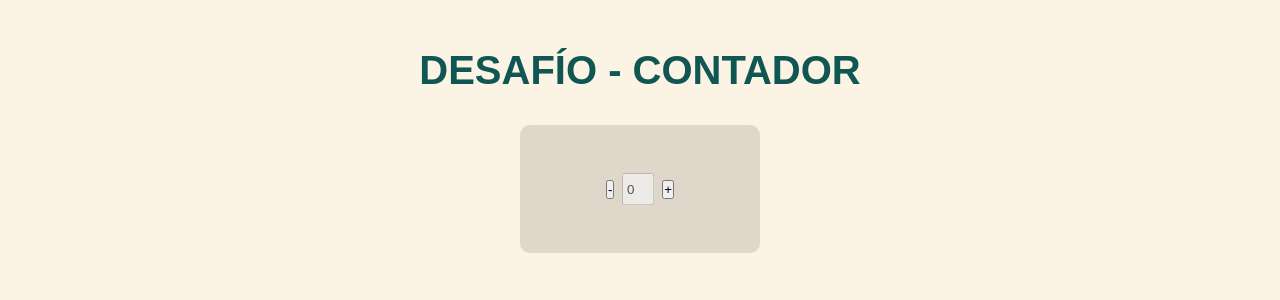
Repository: r-urchi/vue-coderhouse
Page: index.html
The author's editor kept a copy of each file at every save. The page is drawn from the files as they stood at one save, then again after the next save.
The browser window is 1280 px wide. The pictures show the whole page.
The style sheet was rebuilt from its Sass, Less or Tailwind sources for each picture, by a compiler version that may differ from the author's.

Above is the page before, as saved 2021-11-13 11:06:08.

### index.html
<!DOCTYPE html>
<html lang="en">
<head>
    <meta charset="UTF-8">
    <meta http-equiv="X-UA-Compatible" content="IE=edge">
    <meta name="viewport" content="width=device-width, initial-scale=1.0">
    <link rel="stylesheet" href="css/main.css">
    <script src="https://cdn.jsdelivr.net/npm/vue@2.6.14/dist/vue.js"></script>
    <script defer src="js/app.js"></script>
    <title>Clase 2</title>
</head>
<body>

    <div id="app">

        <h1>Desafío - Contador</h1>
        <div class="counter__container">
            <button v-on:click=subtract() class="counter__btn">-</button>
            <input type="number" v-bind:value="counterValue" class="counter__value" disabled/>
            <button v-on:click=add() class="counter__btn">+</button>
        </div>

    </div>

</body>
</html>

### js/app.js
var app = new Vue({
    el: '#app',
    data: {
      counter: 0,
    },
    methods: {
        add(){
            this.counter++;
        },
        subtract(){
            this.counter === 0 ? this.counter = 0 : this.counter--;
        },
    },
    computed: {
        counterValue(){
            return this.counter
        },
    },
});

### css/main.sass
@import _basic

@import _counter

### css/_basic.sass
*
    margin: 0
    padding: 0
    box-sizing: border-box

body
    background: #FBF3E4
    font-family: sans-serif
    color: #105652

#app
    width: 100%
    height: 100%
    display: flex
    justify-content: center
    flex-direction: column
    align-items: center

### css/_counter.sass
h1
    text-align: center
    text-transform: uppercase
    font-size: 2.5rem
    margin: 3rem auto 2rem auto

.counter__container
    width: 15rem
    height: 8rem
    background: #DFD8CA
    display: flex
    justify-content: center
    align-items: center
    border-radius: 10px
    .counter__value
        width: 2rem
        text-align: center
        height: 2rem
        margin: 0 .5rem

After the next save:
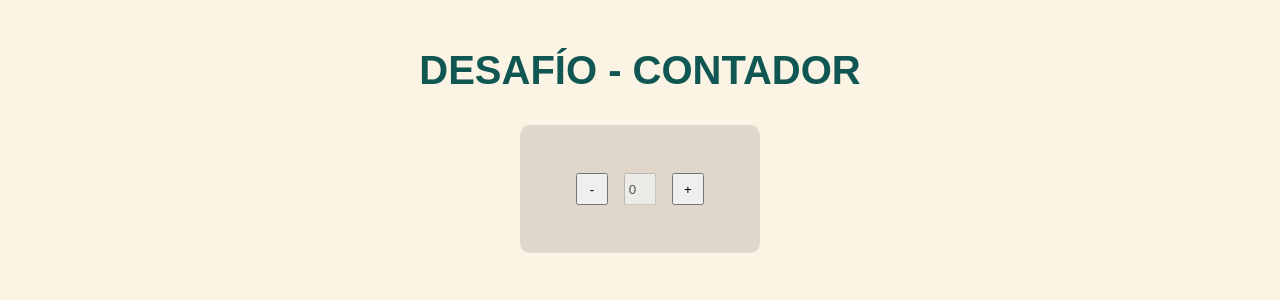
Saved 43 s later.
--- a/css/_counter.sass
+++ b/css/_counter.sass
@@ -12,7 +12,7 @@ h1
     justify-content: center
     align-items: center
     border-radius: 10px
-    .counter__value
+    .counter__value, .counter__btn
         width: 2rem
         text-align: center
         height: 2rem
